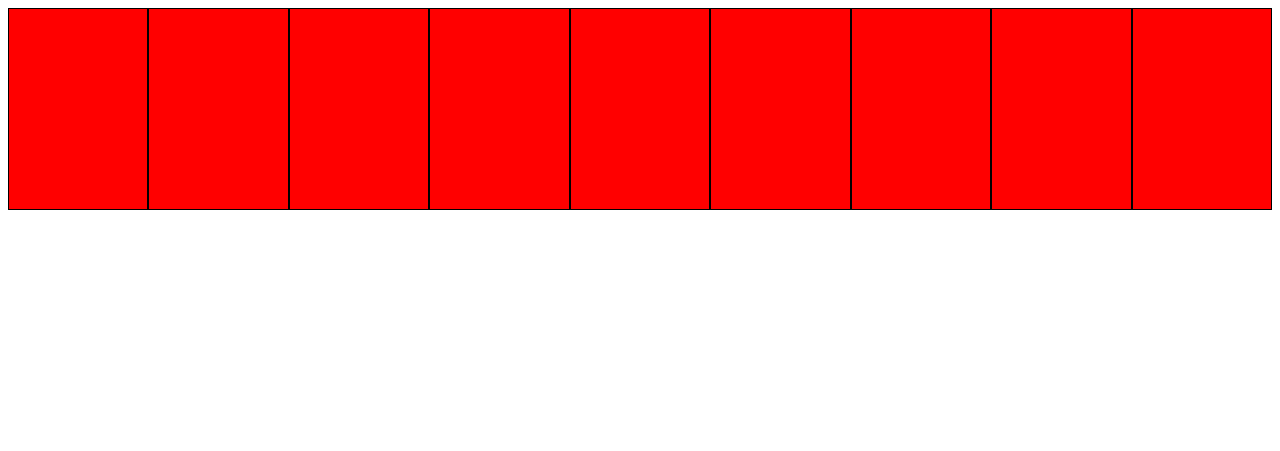
Repository: wonjunknag/kakao-clone
Page: 05-flex/index.html
These files come from the project's save history. The page is drawn as it stood at one moment and after the next save; the edit follows.
The browser window is 1280 px wide. The pictures show the whole page.

Above is the page before, as saved 2020-07-05 07:39:03.

### 05-flex/index.html
<!DOCTYPE html>
<html lang="en">
  <head>
    <meta charset="UTF-8" />
    <meta name="viewport" content="width=device-width, initial-scale=1.0" />
    <meta http-equiv="X-UA-Compatible" content="ie=edge" />
    <title>Flex</title>
    <style>
      .father {
        display: flex;
        justify-content: space-between;
        align-items: flex-start;
        height: 100%;
        flex-direction: row;
        flex-wrap: nowrap;
      }
      .box {
        width: 200px;
        height: 200px;
        background-color: red;
        border: 1px solid black;
      }
    </style>
  </head>
  <body>
    <div class="father">
      <div class="box"></div>
      <div class="box"></div>
      <div class="box"></div>
      <div class="box"></div>
      <div class="box"></div>
      <div class="box"></div>
      <div class="box"></div>
      <div class="box"></div>
      <div class="box"></div>
    </div>
  </body>
</html>

After the next save:
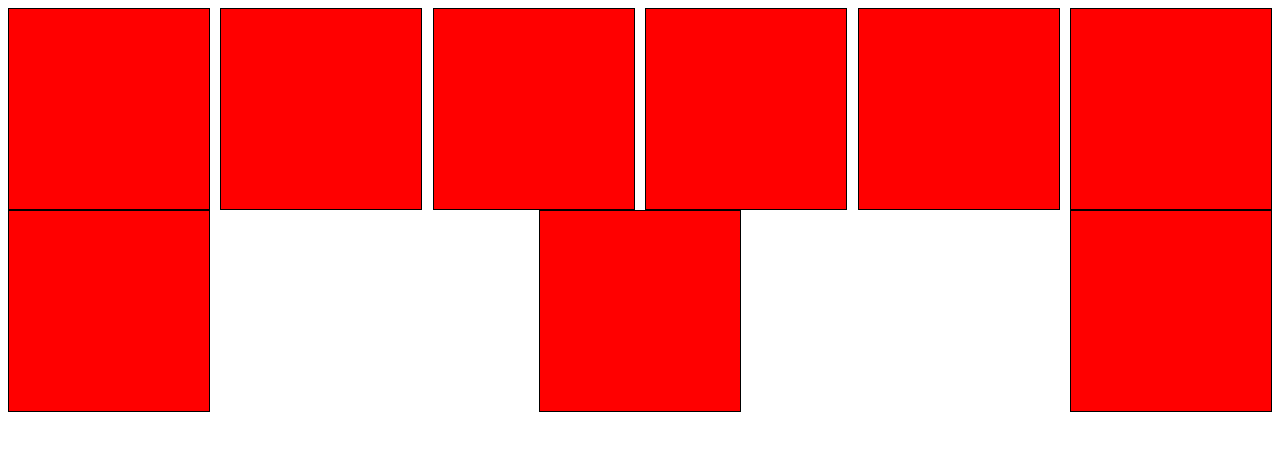
Saved 8 s later.
--- a/05-flex/index.html
+++ b/05-flex/index.html
@@ -12,7 +12,7 @@
         align-items: flex-start;
         height: 100%;
         flex-direction: row;
-        flex-wrap: nowrap;
+        flex-wrap: wrap;
       }
       .box {
         width: 200px;
